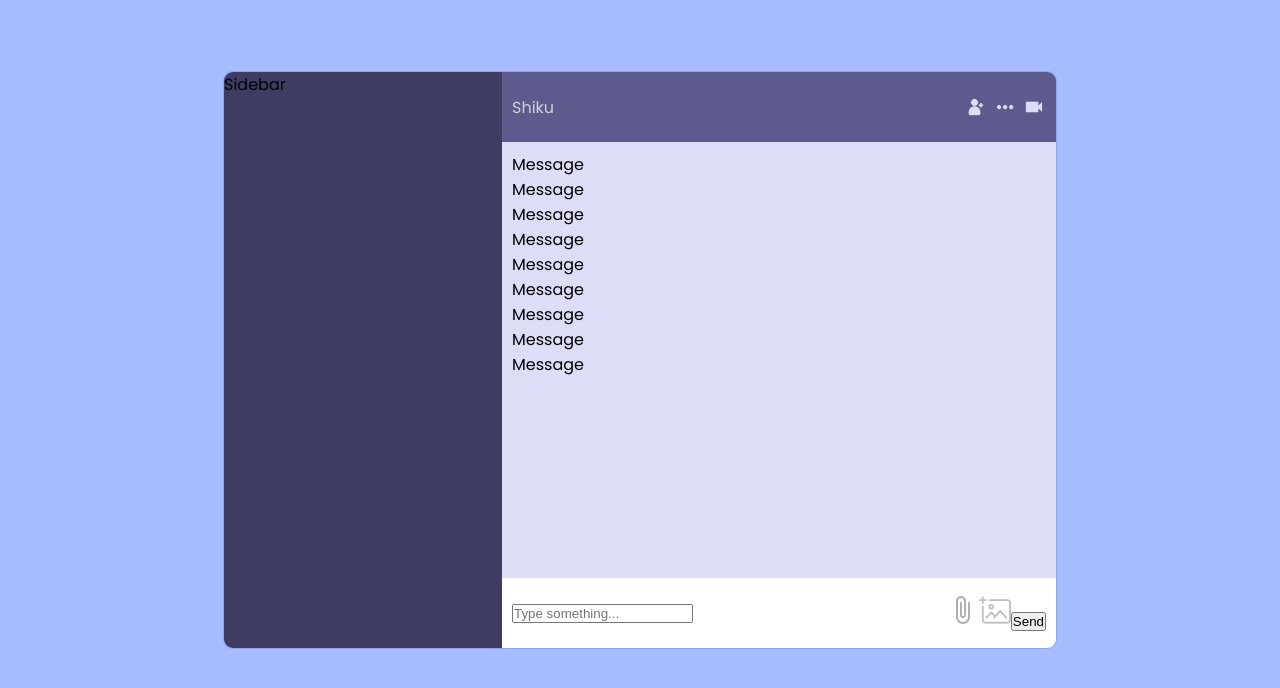
Repository: shikubro90/chatapp
Page: /
The author's editor kept a copy of each file at every save. The page is drawn from the files as they stood at one save, then again after a run of saves.
The browser window is 1280 px wide. The pictures show the whole page.
The project was rebuilt for these pictures with package versions that can differ from the ones it lists, and the page was loaded fresh each time. Also part of the build but not shown: src/pages/Login.jsx, src/pages/Register.jsx.

Above is the page before, as saved 2022-09-14 20:30:01.

After the next 8 saves:
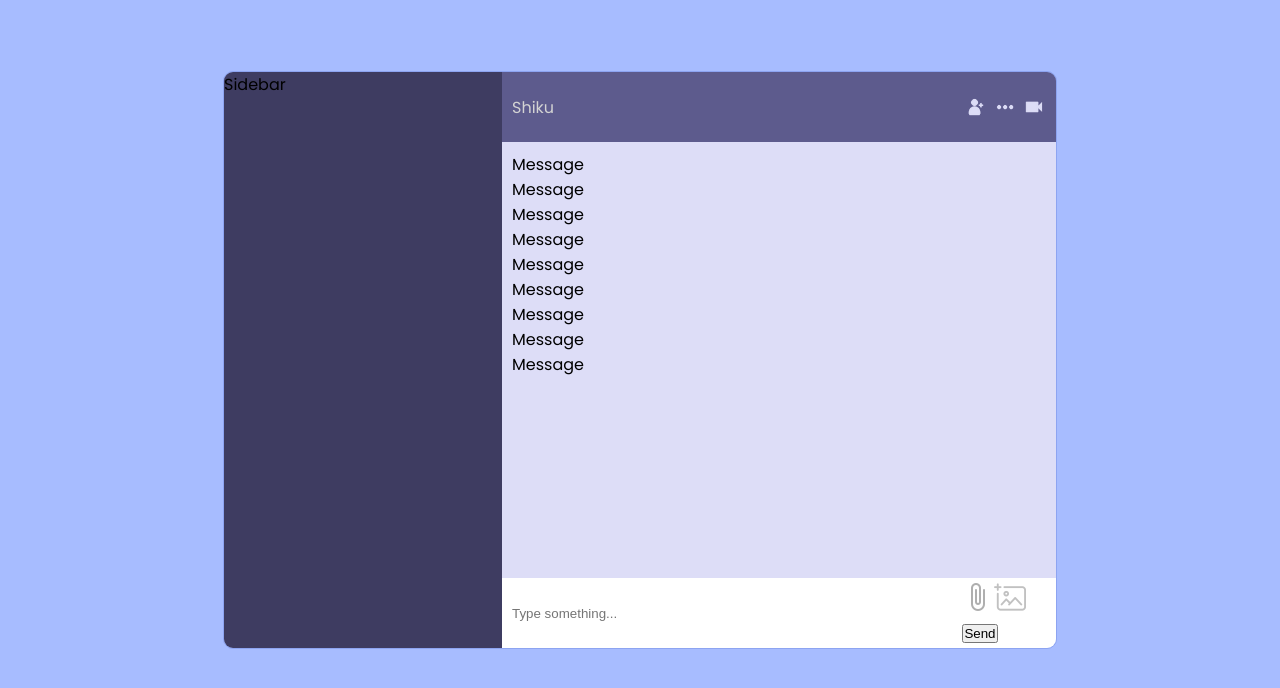
The 8 saves are shown as one change because they came seconds apart.
The last was saved 13 s later.
--- a/src/style.scss
+++ b/src/style.scss
@@ -241,6 +241,9 @@
                 justify-content: space-between;
 
                 input{
+                    width: 100%;
+
+                    border: none;
 
                 }
             }
